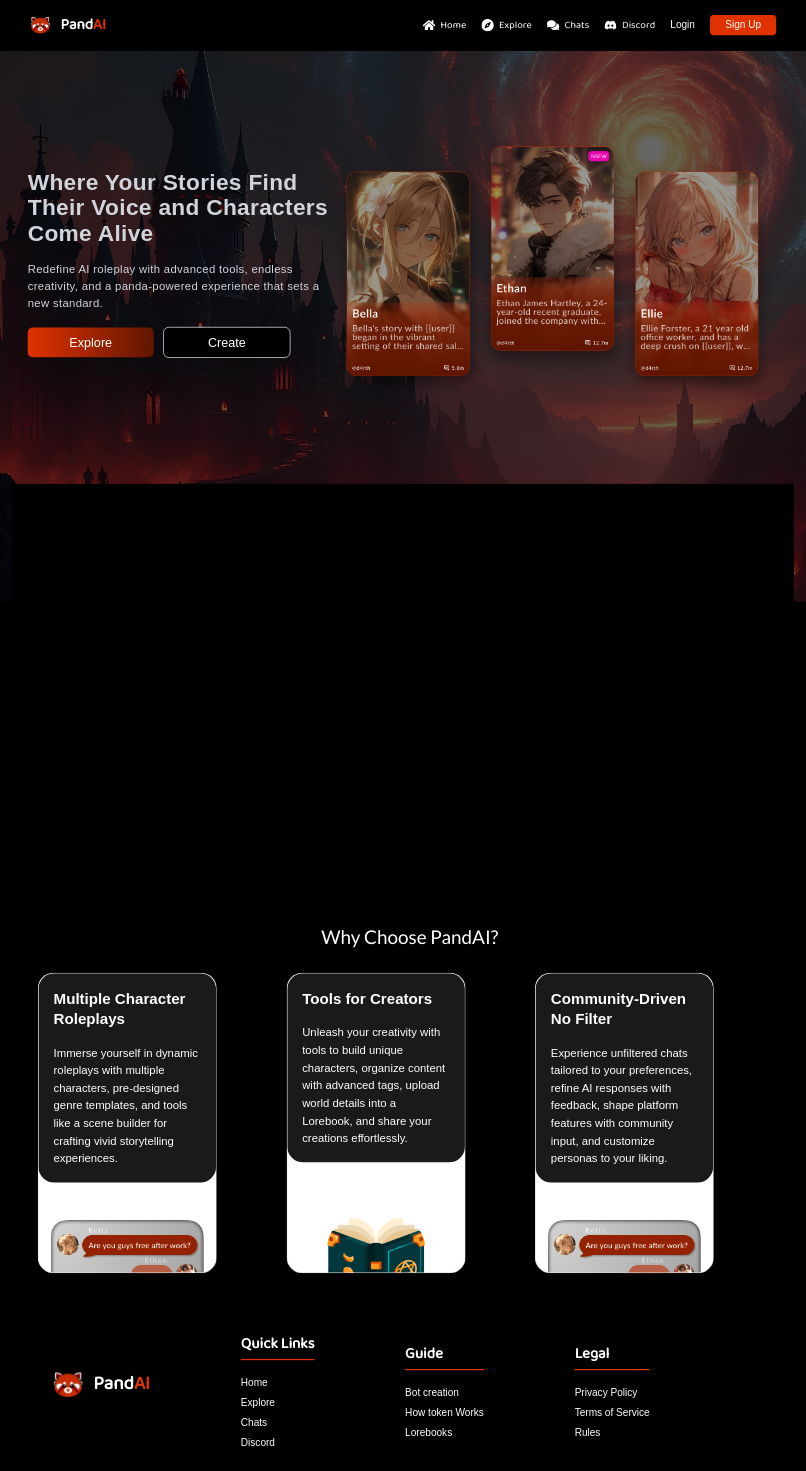
Repository: PandamoniumAI/Pandamonium
Page: /preview
These files come from the project's save history. The page is drawn as it stood at one moment and after the next save; the edit follows.
The browser window is 1280 px wide. The pictures show the whole page, at 63% of full size.
Some web libraries are served in a nearby version. The project was rebuilt for these pictures with package versions that can differ from the ones it lists, and the page was loaded fresh each time. Also part of the build but not shown: vite.config.js, src/Utils/Utils.js, src/Components/SearchBar/SearchBar.jsx, src/Components/CSS/CharacterCard.css, src/Components/CharacterCard/CharacterCard.jsx, src/Components/CSS/CharacterCardModal.css, src/Components/CharacterCardModal/CharacterCardModal.jsx, src/Components/CSS/Tags.css and 15 more.

Above is the page before, as saved 2025-01-01 21:39:47.

### index.html
<!doctype html>
<html lang="en">
  <head>
    <meta charset="UTF-8" />
    <link rel="icon" type="image/svg+xml" href="/src/assets/animal.png"/>
    <meta name="viewport" content="width=device-width, initial-scale=1.0" />
    <title>Pandamonium</title>
    <link
      href="https://cdn.jsdelivr.net/npm/bootstrap@5.3.0-alpha1/dist/css/bootstrap.min.css"
      rel="stylesheet"
    />
    <link
      href="https://cdn.jsdelivr.net/npm/bootstrap-icons/font/bootstrap-icons.css"
      rel="stylesheet"
    />
    <link
      href="https://cdnjs.cloudflare.com/ajax/libs/animate.css/4.1.1/animate.min.css"
      rel="stylesheet"
    />
  </head>

  <body>
    <div id="root"></div>
    <script src="https://kit.fontawesome.com/68b5244ee4.js" crossorigin="anonymous"></script>
    <script src="https://cdn.jsdelivr.net/npm/react/umd/react.production.min.js"></script>
    <script src="https://cdn.jsdelivr.net/npm/react-dom/umd/react-dom.production.min.js"></script>
    <script type="module" src="/src/main.jsx"></script>
    <script src="https://cdn.jsdelivr.net/npm/bootstrap@5.3.0-alpha1/dist/js/bootstrap.bundle.min.js"></script>
  </body>
</html>

### src/App.jsx
import HomePage from "./Components/HomePage/HomePage.jsx";
import Chat from "./Components/Chat/Chat.jsx";
import Create from "./Components/Create/Create.jsx";
import Error from "./Components/Error/Error.jsx";
import { BrowserRouter as Router, Routes, Route } from "react-router-dom";
import Preview from "../src/Preview/Preview.jsx";
function App() {
  return (
    <Router>
      <Routes>
        <Route path="/" element={<HomePage />} />
        <Route path="/chat/:characterId" element={<Chat />} />
        <Route path="/create" element={<Create />} />
        <Route path="*" element={<Error />} />
        <Route path="/preview" element={<Preview />} />
      </Routes>
    </Router>
  );
}

export default App;

### src/Preview/Preview.jsx
import React from "react";
import Animal from "../assets/animal.png";
import "./Preview.css";
import "tailwindcss/tailwind.css";
import {FaHome, FaCompass, FaComments, FaDiscord} from "react-icons/fa";
import image from "../assets/image.png";
import Chatcard from "../assets/Chat Card.png";
import Book from "../assets/Magical Book World Illustration 1.png";
import Roleplay from "../assets/Chat Card (1).png";

export default function Preview() {
  const handleCardHover = (event, element) => {
    const rect = element.getBoundingClientRect();
    const x = (event.clientX - rect.left) / rect.width - 0.5; // Normalize between -0.5 to 0.5
    const y = (event.clientY - rect.top) / rect.height - 0.5;

    element.style.transform = `rotateX(${y * 10}deg) rotateY(${x * 10}deg) scale(1.05)`;
  };

  return (
    <div className="main">
      <div className="fixed top-0 left-0 w-full bg-black bg-opacity-40 p-4 z-50">
        <div className="flex justify-between items-center w-full max-w-screen-xl mx-auto px-4">
          <div
            className="flex items-center space-x-4 cursor-pointer"
            onClick={() => window.scrollTo({top: 0, behavior: "smooth"})}
          >
            <img className="w-8 h-8" src={Animal} alt="Logo" />
            <h1 className="text-2xl font-bold font-baloo text-white">
              Pand<span className="text-[#E03201]">AI</span>
            </h1>
          </div>

          <div className="flex items-center space-x-6">
            <button className="flex items-center text-white font-baloo hover:text-[#E03201] transition">
              <FaHome className="mr-2 text-xl" />
              Home
            </button>
            <button className="flex items-center text-white font-baloo hover:text-[#E03201] transition">
              <FaCompass className="mr-2 text-xl" />
              Explore
            </button>
            <button className="flex items-center text-white font-baloo hover:text-[#E03201] transition">
              <FaComments className="mr-2 text-xl" />
              Chats
            </button>
            <button className="flex items-center text-white font-baloo hover:text-[#E03201] transition">
              <FaDiscord className="mr-2 text-xl" />
              Discord
            </button>
            <button className="text-white hover:text-[#E03201] transition">
              Login
            </button>
            <button className="bg-[#E03201] text-white px-4 py-1 rounded-md hover:bg-[#b02501] transition">
              Sign Up
            </button>
          </div>
        </div>
      </div>

      <div className="preview-container relative p-6">
        <div className="Preview-text mt-[50px] absolute top-[200px]">
          <p className="text-4xl text-gray-300 font-bold mb-6 tracking-[0.5px] w-[500px]">
            Where Your Stories Find Their Voice and Characters Come Alive
          </p>
          <p className="text-[18px] text-gray-300 leading-[27px] tracking-[0.5px] w-[500px] mb-8">
            Redefine AI roleplay with advanced tools, endless creativity, and a
            panda-powered experience that sets a new standard.
          </p>
        </div>

        <div className="Buttons absolute top-[500px] flex space-x-4 mb-8">
          <button className="text-white text-xl h-[47px] w-[200px] rounded-lg shadow-2xl bg-gradient-to-r from-[#E03201] to-[#611600] transform hover:scale-105 transition-all duration-300 ease-in-out hover:shadow-orange-500/50 hover:shadow-lg">
            <span className="relative z-10">Explore</span>
          </button>
          <button
            className="create bg-black text-white text-xl h-[47px] w-[200px] rounded-lg shadow-2xl outline outline-1 hover:outline-none transition-all duration-300 ease-in-out transform hover:scale-105 hover:shadow-[#B22801]/50 hover:shadow-lg relative overflow-hidden group"
            style={{
              outlineImage:
                "linear-gradient(to right, #FFCBBB, #D07A5A, #A8382D, #611600)",
              outlineImageSlice: 1,
            }}
          >
            <span className="relative z-10">Create</span>
            <span className="absolute inset-0 bg-yellow-500 transform scale-x-0 group-hover:scale-x-100 transition-transform duration-300 origin-left"></span>
          </button>
        </div>

        <div className="absolute right-[30px] top-[200px]">
          <img src={image} alt="" />
        </div>
      </div>

      <div className="infostart relative bg-black" style={{top: "700px"}}>
      <div className="info px-10 relative bg-black" style={{top: "700px"}}>
        <div className="infotext mb-8 text-white">
          <h1 className="text-3xl font-lato text-white ml-[450px]">
            Why Choose PandAI?
          </h1>

          <div className="cards grid grid-cols-1 md:grid-cols-3 gap-6 mt-10">
            {[
              "Multiple Character Roleplays",
              "Tools for Creators",
              "Community-Driven No Filter",
            ].map((title, index) => (
              <div
                key={index}
                className="card relative flex flex-col justify-between w-[284px] h-[477px] rounded-[25px] overflow-hidden"
                onMouseMove={(e) => handleCardHover(e, e.currentTarget)}
              >
                <div
                  className="absolute inset-0 -z-10 rounded-[25px]"
                  style={{
                    background:
                      "linear-gradient(135deg, #BF18C2, #6B1C8F, #1D0375)",
                    position: "absolute",
                    top: 0,
                    left: 0,
                    right: 0,
                    bottom: 0,
                    borderRadius: "25px",
                    padding: "2px",
                  }}
                />
                <div className="content p-6 bg-[#1A1A1A] flex flex-col justify-between h-full rounded-[25px]">
                  <h2 className="text-2xl font-semibold mb-4 text-white">
                    {title}
                  </h2>
                  <p className="text-lg text-white">
                    {index === 0
                      ? "Immerse yourself in dynamic roleplays with multiple characters, pre-designed genre templates, and tools like a scene builder for crafting vivid storytelling experiences."
                      : index === 1
                        ? "Unleash your creativity with tools to build unique characters, organize content with advanced tags, upload world details into a Lorebook, and share your creations effortlessly."
                        : "Experience unfiltered chats tailored to your preferences, refine AI responses with feedback, shape platform features with community input, and customize personas to your liking."}
                  </p>
                </div>
                <div className="image-container mt-4">
                  {index === 0 ? (
                    <img
                      src={Chatcard}
                      alt="Roleplay"
                      className="w-full rounded-[25px]"
                    />
                  ) : index === 1 ? (
                    <img
                      src={Book}
                      alt="Creator Tools"
                      className="w-full rounded-[25px]"
                    />
                  ) : (
                    <img
                      src={Roleplay}
                      alt="Community"
                      className="w-full rounded-[25px]"
                    />
                  )}
                </div>
              </div>
            ))}
          </div>
        </div>

          <div className="Footer bg-black py-8 px-6 mt-10 flex items-center justify-start space-x-36">
            <div className="flex items-center">
              <img
                className="w-12 h-12 mr-4 transform transition duration-300 hover:scale-110"
                src={Animal}
                alt="Logo"
              />
              <h1 className="text-3xl font-bold font-baloo text-white">
                Pand<span className="text-[#E03201]">AI</span>
              </h1>
            </div>

            <div className="Quicklinks mr-36 mt-6">
              <h1 className="text-2xl font-bold font-baloo text-white border-b-2 border-[#E03201] pb-2">
                Quick Links
              </h1>
              <ul className="list-none pl-0 mt-4 space-y-2">
                <li className="text-white hover:text-[#E03201] transition duration-300 transform hover:translate-x-2">
                  <a href="#">Home</a>
                </li>
                <li className="text-white hover:text-[#E03201] transition duration-300 transform hover:translate-x-2">
                  <a href="#">Explore</a>
                </li>
                <li className="text-white hover:text-[#E03201] transition duration-300 transform hover:translate-x-2">
                  <a href="#">Chats</a>
                </li>
                <li className="text-white hover:text-[#E03201] transition duration-300 transform hover:translate-x-2">
                  <a href="#">Discord</a>
                </li>
              </ul>
            </div>

            <div className="guide mr-36 mt-6">
              <h1 className="text-2xl font-bold font-baloo text-white border-b-2 border-[#E03201] pb-2">
                Guide
              </h1>
              <ul className="list-none pl-0 mt-4 space-y-2">
                <li className="text-white hover:text-[#E03201] transition duration-300 transform hover:translate-x-2">
                  <a href="#">Bot creation</a>
                </li>
                <li className="text-white hover:text-[#E03201] transition duration-300 transform hover:translate-x-2">
                  <a href="#">How token Works</a>
                </li>
                <li className="text-white hover:text-[#E03201] transition duration-300 transform hover:translate-x-2">
                  <a href="#">Lorebooks</a>
                </li>
              </ul>
            </div>

            <div className="legal mr-36 mt-6">
              <h1 className="text-2xl font-bold font-baloo text-white border-b-2 border-[#E03201] pb-2">
                Legal
              </h1>
              <ul className="list-none pl-0 mt-4 space-y-2">
                <li className="text-white hover:text-[#E03201] transition duration-300 transform hover:translate-x-2">
                  <a href="#">Privacy Policy</a>
                </li>
                <li className="text-white hover:text-[#E03201] transition duration-300 transform hover:translate-x-2">
                  <a href="#">Terms of Service</a>
                </li>
                <li className="text-white hover:text-[#E03201] transition duration-300 transform hover:translate-x-2">
                  <a href="#">Rules</a>
                </li>
              </ul>
            </div>
          </div>
        </div>
      </div>
    </div>
  );
}

### src/Components/Chat/ExtraCss.css
/* ExtraCss.css */

/* General Styles */
body {
    margin: 0;
    padding: 0;
    font-family: Arial, sans-serif;
    background-color: #121212;
    color: #ffffff;
  }

  /* Chat Container */
  .d-flex {
    display: flex;
  }

  .flex-column {
    flex-direction: column;
  }

  .h-100 {
    height: 100%;
  }

  .bg-dark {
    background-color: #181818;
  }

  .text-white {
    color: #ffffff;
  }

  .border-secondary {
    border-color: #444;
  }

  .border-top {
    border-top: 1px solid;
  }

  .border-bottom {
    border-bottom: 1px solid;
  }

  .overflow-hidden {
    overflow: hidden;
  }

  .overflow-auto {
    overflow: auto;
  }

  /* Chat Header */
  .p-3 {
    padding: 1rem;
  }

  .align-items-center {
    align-items: center;
  }

  .space-x-4 > * + * {
    margin-left: 1rem;
  }

  /* Avatar */
  img.rounded-circle {
    border-radius: 50%;
    cursor: pointer;
  }

  /* Message Bubbles */
  .bg-secondary {
    background-color: #2a2a2a;
  }

  .p-3 {
    padding: 1rem;
  }

  .rounded-lg {
    border-radius: 1rem;
  }

  .shadow-lg {
    box-shadow: 0px 4px 10px rgba(0, 0, 0, 0.2);
  }

  .text-muted {
    color: #aaaaaa;
  }

  /* Input Field */
  input {
    outline: none;
  }

  input::placeholder {
    color: #aaaaaa;
  }

  .border-0 {
    border: none;
  }

  .flex-grow-1 {
    flex-grow: 1;
  }

  .shadow-lg {
    box-shadow: 0px 4px 10px rgba(0, 0, 0, 0.2);
  }

  /* Buttons */
  button {
    cursor: pointer;
  }

  button:disabled {
    opacity: 0.6;
    cursor: not-allowed;
  }

  .btn {
    display: inline-flex;
    justify-content: center;
    align-items: center;
    padding: 0.5rem;
    border: none;
    border-radius: 0.5rem;
    transition: background-color 0.3s ease, transform 0.2s ease;
  }

  .btn:hover:not(:disabled) {
    background-color: #555;
    transform: translateY(-2px);
  }

  .btn-light {
    background-color: #444;
    color: #fff;
  }

  .btn-primary {
    background-color: #007bff;
    color: #fff;
  }

  .btn-primary:hover:not(:disabled) {
    background-color: #0056b3;
  }

  /* Typing Animation */
  .animate-pulse {
    animation: pulse 1.5s infinite;
  }

  @keyframes pulse {
    0%, 100% {
      opacity: 1;
    }
    50% {
      opacity: 0.5;
    }
  }

  /* Smooth Fade-In */
  @keyframes fadeIn {
    from {
      opacity: 0;
      transform: translateY(10px);
    }
    to {
      opacity: 1;
      transform: translateY(0);
    }
  }

  /* Scrollbar Styles */
  .overflow-auto::-webkit-scrollbar {
    width: 6px;
  }

  .overflow-auto::-webkit-scrollbar-thumb {
    background-color: #444;
    border-radius: 10px;
  }

  .overflow-auto::-webkit-scrollbar-track {
    background-color: transparent;
  }

  .ReactModal__Overlay {
    opacity: 0;
    transition: opacity 0.3s ease-in-out;
  }
  .ReactModal__Overlay--after-open {
    opacity: 1;
  }
  .ReactModal__Overlay--before-close {
    opacity: 0;
  }

### src/Components/CSS/Create.css
body {
    background-color: #121212;
    color: #fff;
    min-height: 100vh;
    padding: 20px;
    font-family: 'Arial', sans-serif;
}
.creation-form {
    max-width: 800px;
    margin: 0 auto;
    background-color: rgba(0, 0, 0, 0.8);
    padding: 30px;
    border-radius: 15px;
    border: 1px solid #444;
    transition: all 0.3s ease;
}
.creation-form:hover {
    transform: scale(1.03);
    box-shadow: 0 10px 30px rgba(0, 0, 0, 0.5);
}
.form-control {
    background-color: #333;
    border: 1px solid #555;
    color: #fff;
    margin-bottom: 20px;
    transition: all 0.3s ease;
}
.form-control:focus {
    background-color: #444;
    border-color: #007bff;
    color: #fff;
}
.form-label {
    font-weight: bold;
}
.btn {
    background-color: #007bff;
    color: #fff;
    transition: all 0.3s ease;
}
.btn:hover {
    background-color: #0056b3;
}
.select2-container {
    width: 100%;
}
.custom-tag-field {
    margin-top: 20px;
}
.custom-tag-field input {
    width: calc(100% - 60px);
    display: inline-block;
    margin-right: 10px;
}
.custom-tag-field button {
    display: inline-block;
    background-color: #28a745;
    color: white;
    padding: 6px 12px;
    border: none;
    cursor: pointer;
}
.custom-tag-field button:hover {
    background-color: #218838;
}

@keyframes float {
    0% { transform: translateY(0px); }
    50% { transform: translateY(-10px); }
    100% { transform: translateY(0px); }
}

.tags-modal {
    display: none;
    position: fixed;
    top: 0;
    left: 0;
    width: 100%;
    height: 100%;
    background: rgba(0,0,0,0.7);
    z-index: 1000;
    animation: fadeIn 0.3s;
}

.tags-modal-content {
    position: absolute;
    top: 50%;
    left: 50%;
    transform: translate(-50%, -50%);
    background: #121212;
    color: white;
    padding: 2rem;
    border-radius: 15px;
    width: 90%;
    max-width: 500px;
    animation: slideIn 0.3s;
    box-shadow: 0 5px 15px rgba(0,0,0,0.3);
}

.tags-modal-header {
    display: flex;
    justify-content: space-between;
    align-items: center;
    margin-bottom: 1.5rem;
    border-bottom: 1px solid #333;
    padding-bottom: 1rem;
}

.btn-close {
    background-color: white;
}

.tag-pills {
    display: flex;
    flex-wrap: wrap;
    gap: 0.5rem;
}

.tag-pill {
    padding: 0.5rem 1rem;
    background: #2d2d2d;
    color: white;
    border-radius: 20px;
    cursor: pointer;
    transition: all 0.2s;
    border: 1px solid #444;
}

.tag-pill:hover {
    background: #3d3d3d;
    transform: translateY(-1px);
}

.tag-pill.selected {
    background: #007bff;
    color: white;
    border-color: #0056b3;
}

.selected-tags {
    background: #1a1a1a;
    padding: 1rem;
    border-radius: 10px;
}

.form-control {
    background: #2d2d2d;
    border: 1px solid #444;
    color: white;
}

.form-control:focus {
    background: #2d2d2d;
    color: white;
    border-color: #007bff;
    box-shadow: 0 0 0 0.2rem rgba(0,123,255,0.25);
}

.form-control::placeholder {
    color: #888;
}

@keyframes fadeIn {
    from { opacity: 0; }
    to { opacity: 1; }
}

@keyframes slideIn {
    from { transform: translate(-50%, -60%); opacity: 0; }
    to { transform: translate(-50%, -50%); opacity: 1; }
}

### src/Preview/Preview.css
@tailwind base;
@tailwind components;
@tailwind utilities;

@font-face {
    font-family: 'BalooDa2';
    src: url('../assets/Fonts/BalooDa2-Regular.ttf') format('truetype');
    font-weight: 400;
    font-style: normal;
}

@font-face {
    font-family: 'Lato';
    src: url('./assets/fonts/Lato-Regular.ttf') format('truetype');
    font-weight: normal;
    font-style: normal;
  }

body {
    position: relative;
    background-color: #000;
    min-height: 100vh;
    margin: 0;
    display: flex;
    flex-direction: column;
}

body::before {
    content: '';
    position: absolute;
    top: 0;
    left: 0;
    right: 0;
    bottom: 0;
    background-image: url('../../src/assets/Castle.jpg');
    background-size: cover;
    background-position: center;
    opacity: 0.4;
    z-index: -1;
}

### src/Components/Chat/Sidebar/styles.css
.floating-btn {
  position: absolute;
  top: 50%;
  left: 20px;
  cursor: pointer;
  z-index: 999;
  width: 64px;
  height: 64px;
  background-color: transparent;
  border: none;
  border-radius: 50%;
  transition: left 0.6s ease, transform 0.3s ease;
  box-shadow: none; /* Removed shadow */
}

.floating-btn.open {
  left: calc(240px + 20px);
}

.floating-btn.closed {
  left: 20px;
}

.sidebar {
  position: fixed;
  top: 0;
  left: 0;
  height: 100vh;
  background-color: #333;
  transition: width 0.5s ease-in-out;
  overflow: hidden;
  border-radius: 0 20px 20px 0;
}

.sidebar.open {
  width: 240px;
}

.sidebar.closed {
  width: 0;
}

.panda-image {
  transition: transform 0.5s ease, transform-origin 0.5s ease;
}

.panda-image:hover {
  transform: rotate(360deg); /* Full 360° rotation on hover */
  transform-origin: center;
}

.floating-btn:hover img {
  transform: rotate(360deg); /* Rotate the image smoothly when hovering over it */
  transition: transform 0.6s ease-in-out;
}

/* Reverse rotation when mouse leaves */
.floating-btn img {
  transition: transform 0.6s ease-out;
}

.floating-btn img:hover {
  animation: pandaRotate 0.6s forwards;
}

@keyframes pandaRotate {
  0% {
      transform: rotate(0deg);
  }
  100% {
      transform: rotate(360deg);
  }
}

.floating-btn img:not(:hover) {
  animation: reversePandaRotate 0.6s forwards;
}

@keyframes reversePandaRotate {
  0% {
      transform: rotate(360deg);
  }
  100% {
      transform: rotate(0deg);
  }
}

#pandaBtn {
  transition: transform 0.6s ease-in-out;
}

@media (max-width: 768px) {
  .sidebar {
      display: none;
  }

  .floating-btn {
      left: 20px;
  }
}

Loaded but not shown: src/main.jsx (common file); tailwind.config.js (16 lines, source omitted); src/Components/CSS/HomePage.css (319 lines, source omitted)

After the next save:
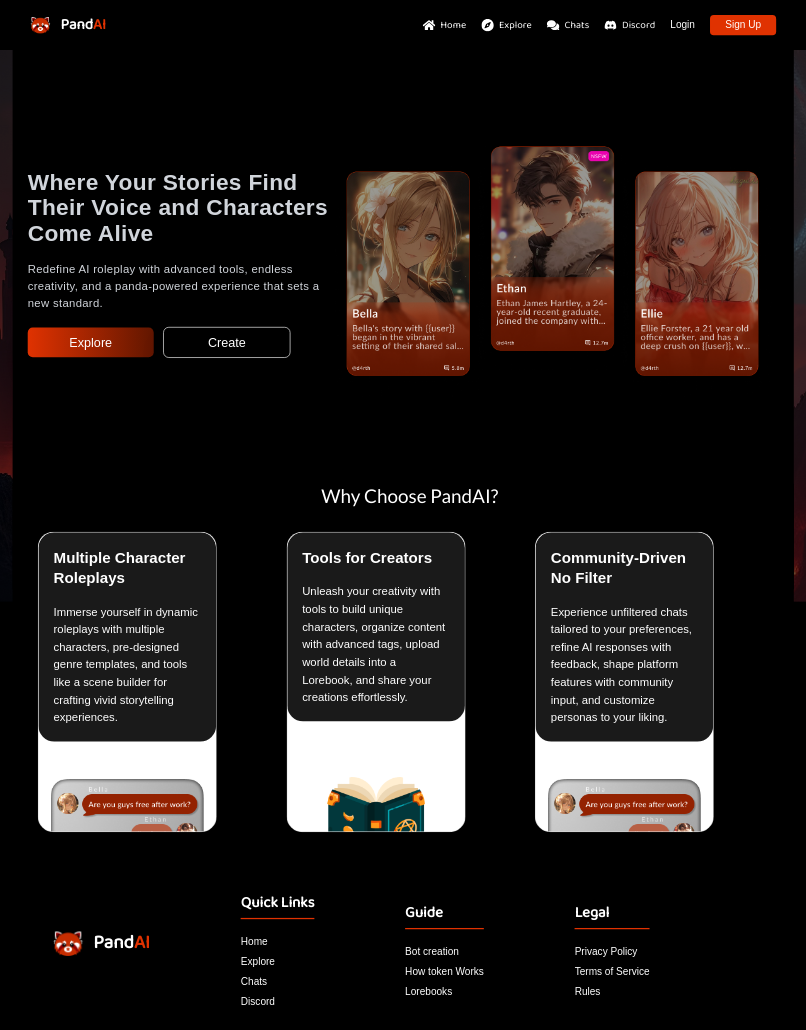
Saved 5 s later.
--- a/src/Preview/Preview.jsx
+++ b/src/Preview/Preview.jsx
@@ -91,7 +91,7 @@
         </div>
       </div>
 
-      <div className="infostart relative bg-black" style={{top: "700px"}}>
+      <div className="infostart aboslute bg-black" style={{top: "700px"}}>
       <div className="info px-10 relative bg-black" style={{top: "700px"}}>
         <div className="infotext mb-8 text-white">
           <h1 className="text-3xl font-lato text-white ml-[450px]">
